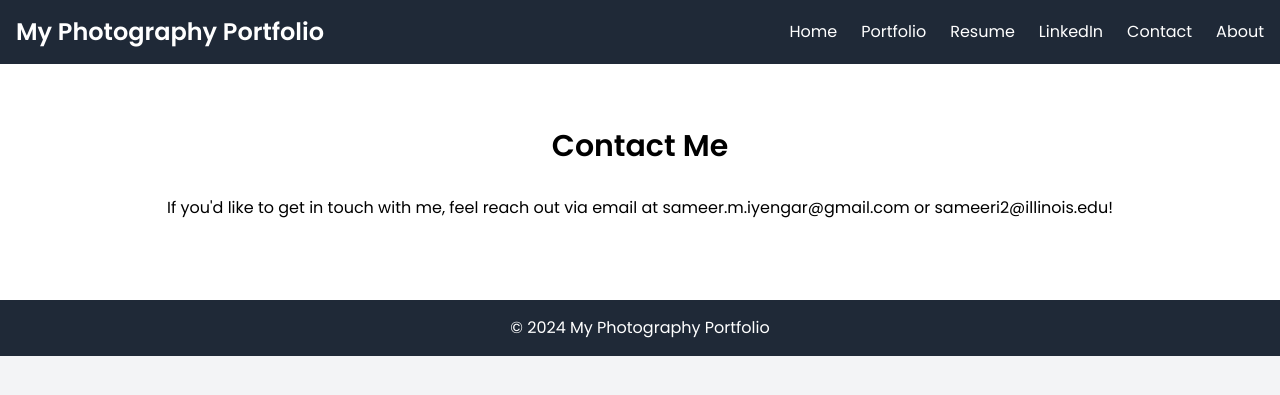
Repository: siyengar04/siyengar04.github.io
Page: contact.html
These files come from the project's save history. The page is drawn as it stood at one moment and after the next save; the edit follows.
The browser window is 1280 px wide. The pictures show the whole page.
Some web libraries are served in a nearby version.

Above is the page before, as saved 2024-11-01 13:21:22.

After the next save:
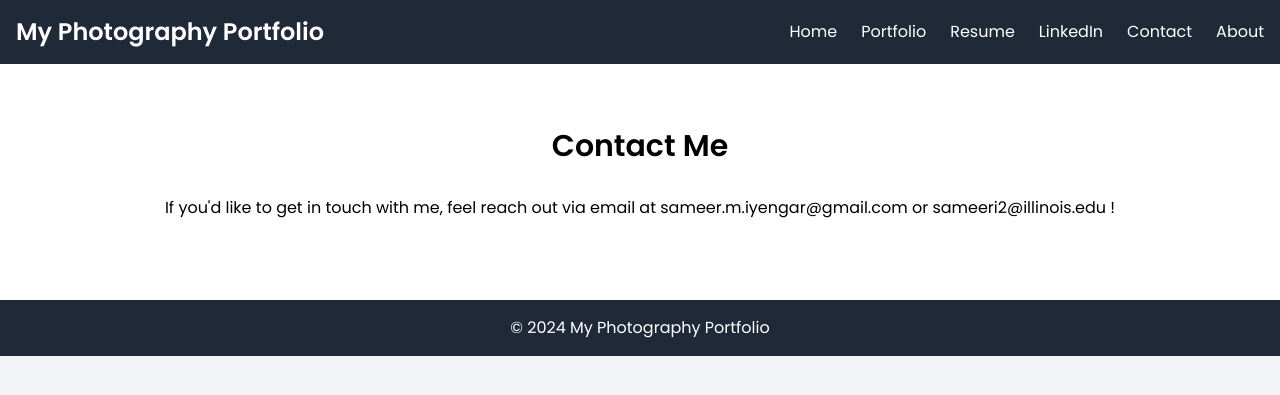
Saved 45 s later.
--- a/contact.html
+++ b/contact.html
@@ -34,7 +34,7 @@
     <section id="contact" class="contact py-16 bg-white">
         <div class="container mx-auto px-4 text-center">
             <h2 class="text-3xl font-bold mb-8">Contact Me</h2>
-            <p class="mb-4">If you'd like to get in touch with me, feel reach out via email at sameer.m.iyengar@gmail.com or sameeri2@illinois.edu!</p>
+            <p class="mb-4">If you'd like to get in touch with me, feel reach out via email at<a href= "mailto: name@email.com"> sameer.m.iyengar@gmail.com </a> or <a href= "mailto: name@email.com"> sameeri2@illinois.edu </a>!</p>
 
         </div>
     </section>
